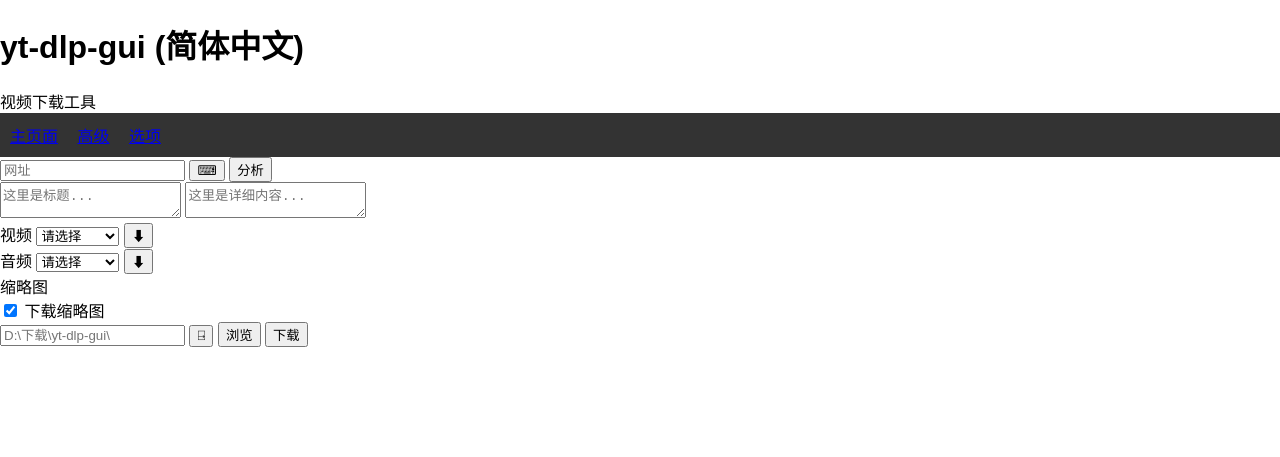
Repository: zArvin6808/yt-TubeSaver
Page: index.html
These files come from the project's save history. The page is drawn as it stood at one moment and after the next save; the edit follows.
The browser window is 1280 px wide. The pictures show the whole page.

Above is the page before, as saved 2025-06-07 18:19:58.

### index.html
<!DOCTYPE html>
<html lang="zh-CN">
<head>
  <meta charset="UTF-8" />
  <title>yt-dlp-gui (简体中文)</title>
  <meta name="viewport" content="width=device-width, initial-scale=1.0"/>
  <link rel="stylesheet" href="style.css" />
</head>
<body>

  <!-- 标题栏 -->
  <header class="app-header">
    <h1 class="app-header__title">yt-dlp-gui (简体中文)</h1>
    <span>视频下载工具</span>
  </header>

  <!-- 导航栏 -->
  <nav class="app-nav">
    <a href="#" class="app-nav__item app-nav__item--active" data-page="main">主页面</a>
    <a href="#" class="app-nav__item" data-page="advanced">高级</a>
    <a href="#" class="app-nav__item" data-page="settings">选项</a>
  </nav>

  <!-- 主页面内容 -->
  <main class="app-main">
    <div id="main" class="app-page app-page--active">
    <!-- 网址与按钮 占据整行 -->
    <div class="url-input-group">
      <input type="text" id="urlInput" class="url-input__field" placeholder="网址" />
      <button class="app-btn app-btn--icon" id="pasteButton">⌨</button>
      <button class="app-btn" id="analyzeButton">
        <span class="loading-spinner" style="display:none;"></span>
        <span class="btn-text">分析</span>
      </button>
    </div>

    <!-- 主内容 -->
    <div class="content-area">
      <!-- 左侧面板 -->
      <div class="content-main">
        <textarea class="app-text-input" id="titleInput" placeholder="这里是标题..." readonly></textarea>
        <textarea class="app-text-input app-text-input--content" id="contentTextarea" placeholder="这里是详细内容..."></textarea>

        <!-- 视频行 -->
        <div class="app-selector">
          <label class="app-selector__label">视频</label>
          <select id="video-select" class="app-selector__dropdown">
            <option>请选择</option>
            <option value="video1">视频格式1</option>
            <option value="video2">视频格式2</option>
          </select>
          <button class="app-btn app-btn--download" id="downloadVideoButton">
            <span class="loading-spinner" style="display:none;"></span>
            <span class="btn-text">⬇</span>
          </button>
        </div>

        <!-- 音频行 -->
        <div class="app-selector">
          <label class="app-selector__label">音频</label>
          <select id="audio-select" class="app-selector__dropdown">
            <option>请选择</option>
            <option value="audio1">音频格式1</option>
            <option value="audio2">音频格式2</option>
          </select>
          <button class="app-btn app-btn--download" id="downloadAudioButton">
            <span class="loading-spinner" style="display:none;"></span>
            <span class="btn-text">⬇</span>
          </button>
        </div>
      </div>

      <!-- 右侧面板 -->
      <div class="content-sidebar">
        <div class="app-thumbnail" id="thumbnailPreview">缩略图</div>
        <div class="app-checkbox">
          <input type="checkbox" id="download-thumb" class="app-checkbox__input" checked />
          <label for="download-thumb" class="app-checkbox__label">下载缩略图</label>
        </div>
      </div>
    </div>

    <!-- 路径栏 -->
    <div class="app-path-bar">
      <input type="text" id="pathInput" class="url-input__field" placeholder="D:\下载\yt-dlp-gui\" />
      <button class="app-btn app-btn--icon" id="refreshPathButton">⍈</button>
      <button class="app-btn" id="selectPathButton">浏览</button>
      <button class="app-btn" id="downloadButton">
        <span class="loading-spinner" style="display:none;"></span>
        <span class="btn-text">下载</span>
      </button>
    </div>

    <!-- 进度条 -->
    <div class="progress-bar" style="display:none;">
      <div class="progress-bar__fill"></div>
    </div>
  </div>

  <!-- 高级页面 -->
  <div id="advanced" class="app-page">
    <div class="test-content">
      <h2>高级设置（测试页面）</h2>
      <p>这是高级设置页面的测试内容。该页面将用于配置更详细的下载选项。</p>
      <p>未来这里将包含：</p>
      <ul style="color: #aaa; margin-left: 20px;">
        <li>视频质量设置</li>
        <li>下载速度限制</li>
        <li>字幕选项</li>
        <li>格式选择</li>
      </ul>
    </div>
  </div>

  <!-- 选项页面 -->
  <div id="settings" class="app-page">
    <div class="test-content">
      <h2>全局设置（测试页面）</h2>
      <p>这是选项设置页面的测试内容。该页面将用于配置软件的全局设置。</p>
      <p>未来这里将包含：</p>
      <ul style="color: #aaa; margin-left: 20px;">
        <li>界面语言设置</li>
        <li>默认下载路径</li>
        <li>代理设置</li>
        <li>主题选择</li>
      </ul>
    </div>
  </div>

  <script src="script.js"></script>
</body>
</html>

### style.css
/* 基础样式 */
body {
  font-family: Arial, sans-serif;
  margin: 0;
  padding: 0;
}

/* 导航样式 */
.app-nav {
  background: #333;
  padding: 10px;
}

.app-nav__list {
  display: flex;
  list-style: none;
  margin: 0;
  padding: 0;
}

.app-nav__item {
  margin-right: 15px;
}

.app-nav__item a {
  color: white;
  text-decoration: none;
}

.app-nav__item--active a {
  color: #4CAF50;
  font-weight: bold;
}

/* 页面容器样式 */
.app-page {
  width: 100%;
  display: none;
}

.app-page--active {
  display: block;
  width: 100%;
}

/* 测试内容区域样式 */
.test-content {
  width: 100%;
  padding: 20px;
  box-sizing: border-box;
}

.test-content h2 {
  margin-top: 0;
  padding-bottom: 10px;
  border-bottom: 1px solid #eee;
}

.test-content ul {
  margin: 15px 0;
  padding-left: 20px;
}

.test-content p {
  margin: 10px 0;
  line-height: 1.5;
}

/* 原有其他样式 */

### script.js
document.addEventListener('DOMContentLoaded', function() {
    // 原有功能代码
    // ...

    // 新增页面切换功能
    function switchPage(pageId) {
        // 隐藏所有页面
        document.querySelectorAll('.app-page').forEach(page => {
            page.classList.remove('app-page--active');
        });

        // 显示选中页面
        document.getElementById(pageId).classList.add('app-page--active');

        // 更新导航项状态
        document.querySelectorAll('.app-nav__item').forEach(item => {
            item.classList.remove('app-nav__item--active');
        });
        document.querySelector(`.app-nav__item[data-page="${pageId}"]`).classList.add('app-nav__item--active');
    }

    // 绑定导航项点击事件
    document.querySelectorAll('.app-nav__item').forEach(item => {
        item.addEventListener('click', (e) => {
            e.preventDefault();
            const pageId = item.getAttribute('data-page');
            switchPage(pageId);
        });
    });
});

// 原有其他代码
// ...

After the next save:
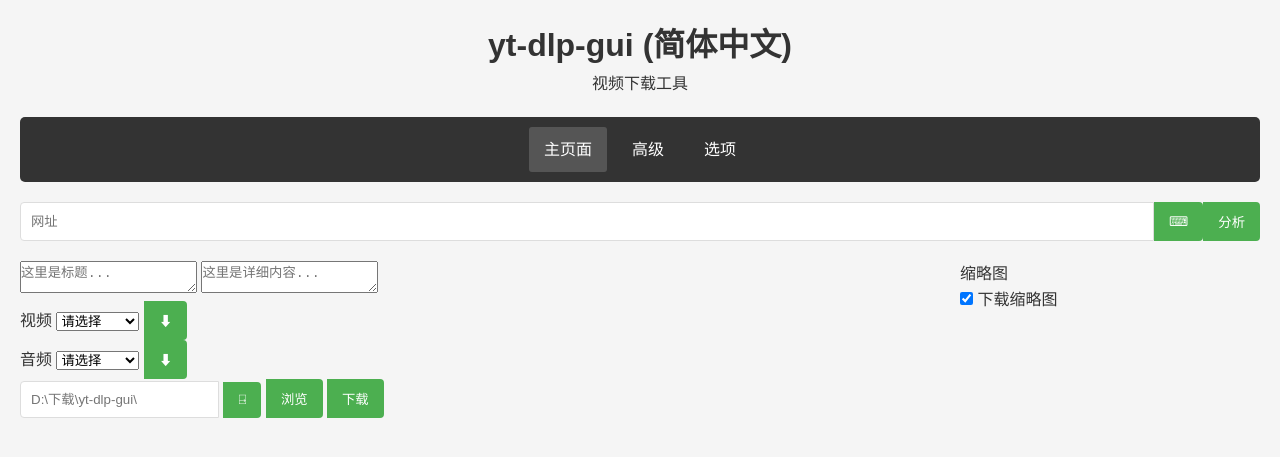
Saved 105 s later.
--- a/style.css
+++ b/style.css
@@ -1,57 +1,103 @@
-/* 基础样式 */
-body {
-  font-family: Arial, sans-serif;
+/* 基础重置 */
+* {
+  box-sizing: border-box;
   margin: 0;
   padding: 0;
 }
 
-/* 导航样式 */
+body {
+  font-family: Arial, sans-serif;
+  line-height: 1.6;
+  color: #333;
+  background-color: #f5f5f5;
+  padding: 20px;
+}
+
+/* 布局样式 */
+.app-header {
+  text-align: center;
+  margin-bottom: 20px;
+}
+
 .app-nav {
+  display: flex;
+  justify-content: center;
+  margin-bottom: 20px;
   background: #333;
   padding: 10px;
-}
-
-.app-nav__list {
-  display: flex;
-  list-style: none;
-  margin: 0;
-  padding: 0;
+  border-radius: 5px;
 }
 
 .app-nav__item {
-  margin-right: 15px;
+  color: white;
+  text-decoration: none;
+  padding: 10px 15px;
+  margin: 0 5px;
 }
 
-.app-nav__item a {
-  color: white;
-  text-decoration: none;
+.app-nav__item--active {
+  background: #555;
+  border-radius: 3px;
 }
 
-.app-nav__item--active a {
-  color: #4CAF50;
-  font-weight: bold;
-}
-
-/* 页面容器样式 */
 .app-page {
-  width: 100%;
   display: none;
 }
 
 .app-page--active {
   display: block;
-  width: 100%;
 }
 
-/* 测试内容区域样式 */
+/* 内容区域样式 */
+.content-area {
+  display: flex;
+  gap: 20px;
+}
+
+.content-main {
+  flex: 1;
+}
+
+.content-sidebar {
+  width: 300px;
+}
+
+/* 表单元素样式 */
+.url-input-group {
+  display: flex;
+  margin-bottom: 20px;
+}
+
+.url-input__field {
+  flex: 1;
+  padding: 10px;
+  border: 1px solid #ddd;
+  border-radius: 4px 0 0 4px;
+}
+
+.app-btn {
+  padding: 10px 15px;
+  background: #4CAF50;
+  color: white;
+  border: none;
+  border-radius: 0 4px 4px 0;
+  cursor: pointer;
+}
+
+.app-btn:hover {
+  background: #45a049;
+}
+
+/* 测试内容样式 */
 .test-content {
-  width: 100%;
+  background: white;
   padding: 20px;
-  box-sizing: border-box;
+  border-radius: 5px;
+  box-shadow: 0 2px 5px rgba(0,0,0,0.1);
 }
 
 .test-content h2 {
-  margin-top: 0;
+  margin-bottom: 15px;
   padding-bottom: 10px;
   border-bottom: 1px solid #eee;
 }
@@ -62,8 +108,5 @@
 }
 
 .test-content p {
-  margin: 10px 0;
-  line-height: 1.5;
+  margin-bottom: 10px;
 }
-
-/* 原有其他样式 */
